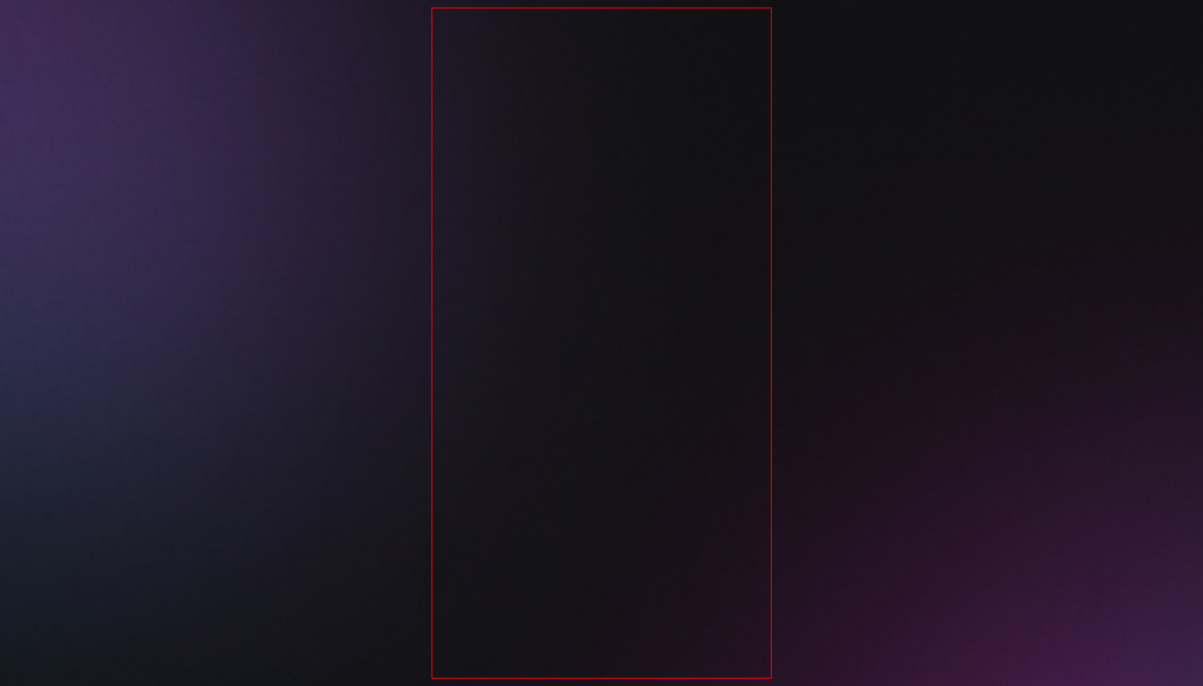
Repository: Fr4nc021/Pagina-de-links-
Page: index.html
These files come from the project's save history. The page is drawn as it stood at one moment and after the next save; the edit follows.
The browser window is 1280 px wide. The pictures show the whole page, at 94% of full size.

Above is the page before, as saved 2025-02-06 21:30:47.

### index.html
<!DOCTYPE html>
<html lang="pt-br">
<head>
    <meta charset="UTF-8">
    <meta name="viewport" content="width=device-width, initial-scale=1.0">
    <title>DevLinks</title>
    <link rel="stylesheet" href="style.css">
</head>
<body>
    <div id="container"></div>
</body>
</html>

### style.css
body {
    /*
    background-image: url(./assets/bg-mobile.jpg);
    background-repeat: no-repeat;
    background-position: top center;
    background-size: cover;
*/

/*background: color image repeat position/size */
background: url(./assets/bg-mobile.jpg) no-repeat top center/cover;
}

#container {
    width: 360px;
    height: 712px;
    border: 1px solid red;
    margin: auto;

}

After the next save:
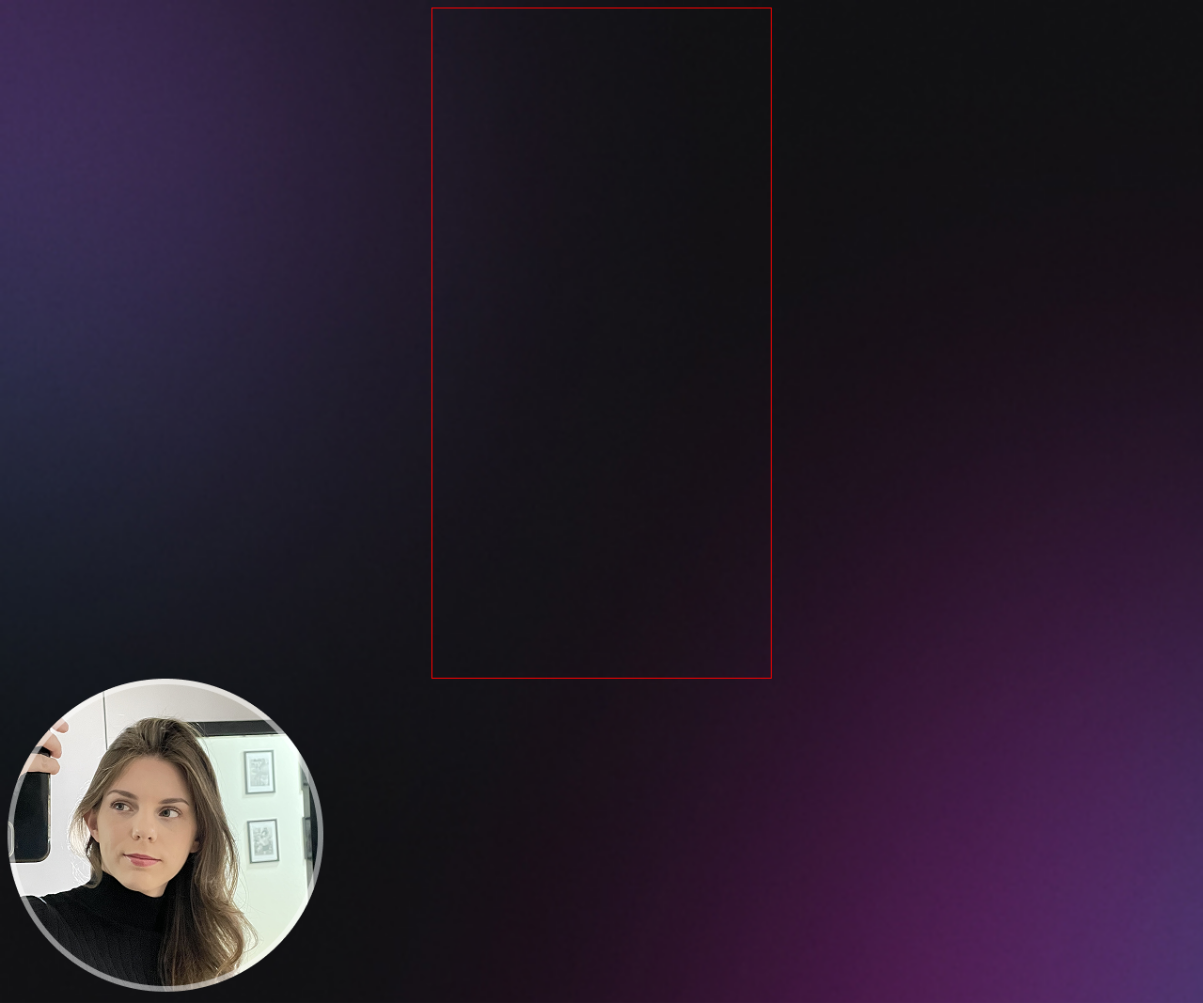
Saved 10 min 32 s later.
--- a/index.html
+++ b/index.html
@@ -8,5 +8,8 @@
 </head>
 <body>
     <div id="container"></div>
+    <div id="profile">
+        <img src="./assets/avatar.png" alt="">
+    </div>
 </body>
 </html>
